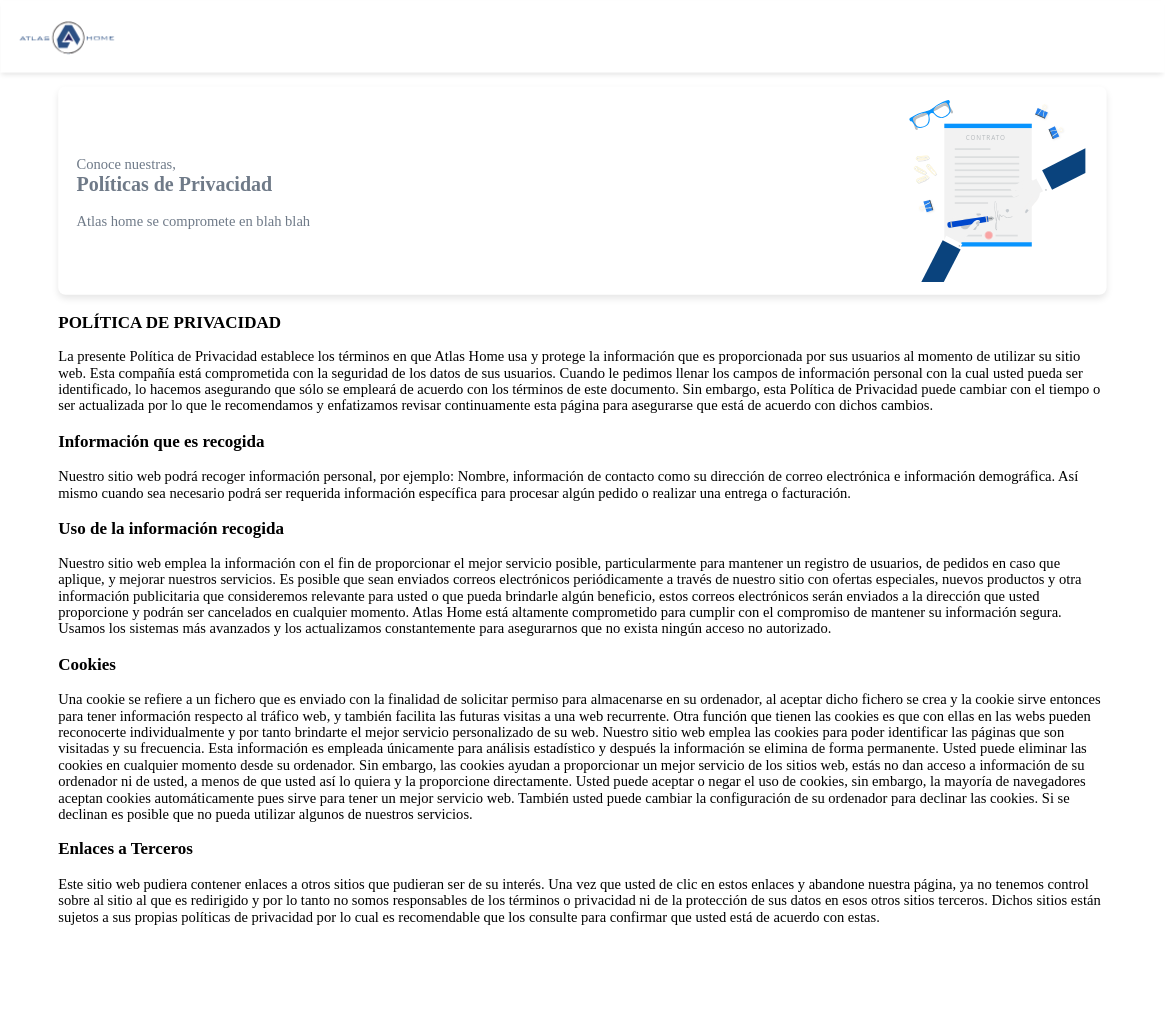
Repository: FabioMadrid/atlas_code
Page: politicas_privacidad.html
These files come from the project's save history. The page is drawn as it stood at one moment and after the next save; the edit follows.
The browser window is 1280 px wide. The pictures show the whole page, at 91% of full size.
Some web fonts or font styles are not loaded; a fallback is used. Some web libraries are served in a nearby version.

Above is the page before, as saved 2021-01-13 10:46:12.
Console error: TypeError: Cannot read properties of null (reading 'click')

After the next save:
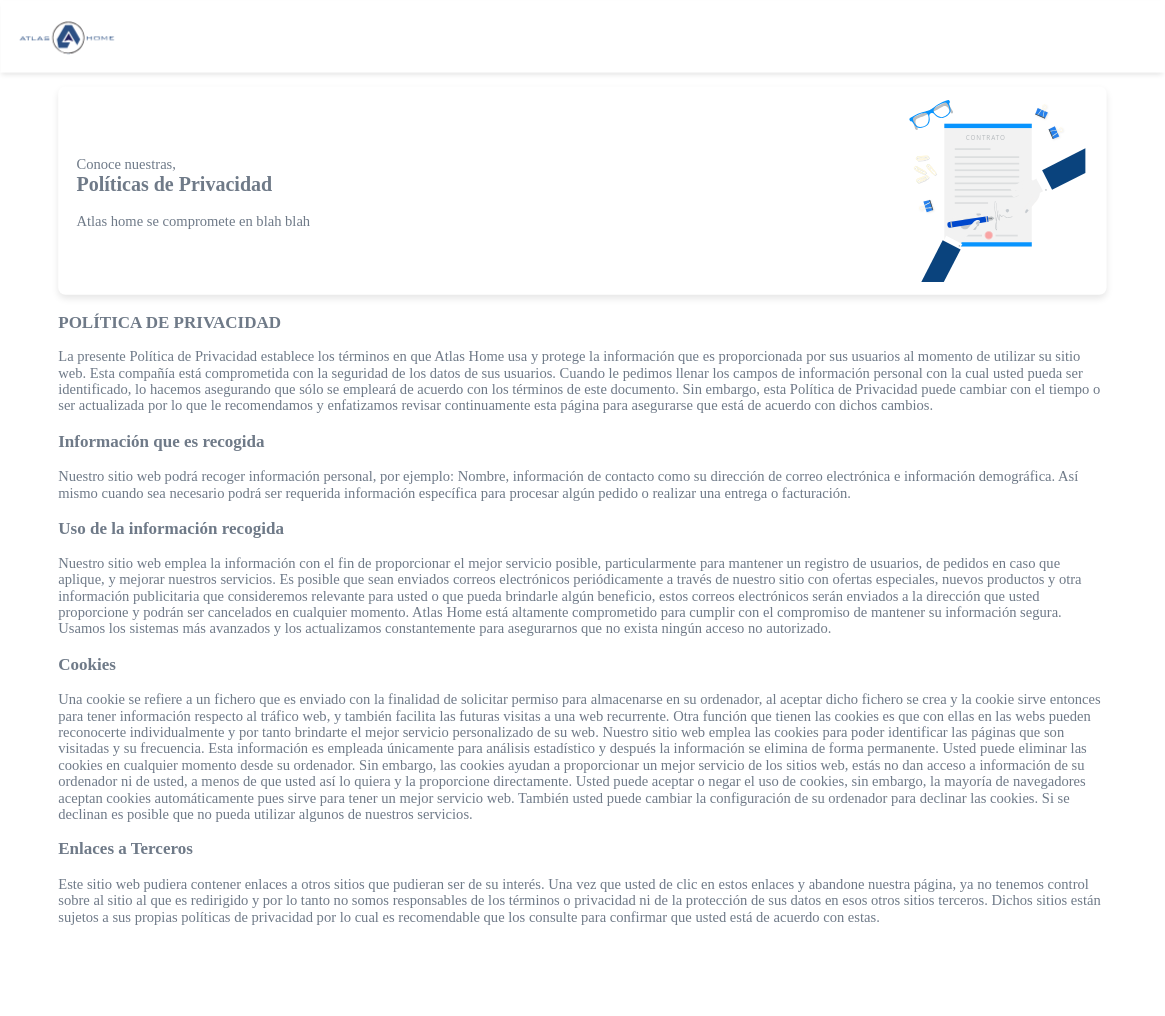
Saved 14 s later.
--- a/politicas_privacidad.html
+++ b/politicas_privacidad.html
@@ -46,7 +46,7 @@
     </div>
 
 
-    <section style="margin: 0 5% 100px">
+    <section style="margin: 0 5% 100px" class="text">
 
         <h3> POLÍTICA DE PRIVACIDAD</h3>
 
